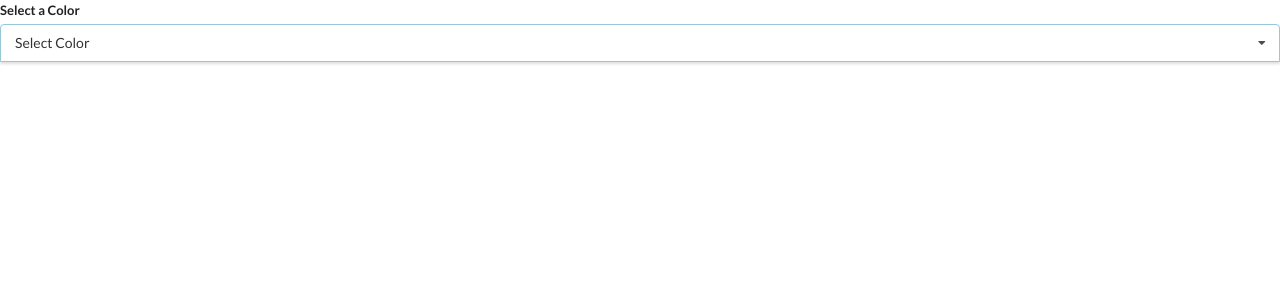
Repository: DaveBaulch/react-course-widgets
Page: /
These files come from the project's save history. The page is drawn as it stood at one moment and after a run of saves; the edit follows.
The browser window is 1280 px wide. The pictures show the whole page.
The project was rebuilt for these pictures with package versions that can differ from the ones it lists, and the page was loaded fresh each time.

Above is the page before, as saved 2020-12-06 13:54:37.

### src/App.js
import React from 'react';
// import Accordion from './components/Accordion';
// import Search from './components/Search';
import Dropdown from './components/Dropdown';

// const items = [
//   {
//     title: 'What is React?',
//     content: 'React is a front end javascript framework'
//   },
//   {
//     title: 'Why use React?',
//     content: 'React is favorite JS library among engineers'
//   },
//   {
//     title: 'How do you use React?',
//     content: 'You use React by creating components'
//   }
// ];

const options = [
  {
    label: 'The color red',
    value: 'red'
  },
  {
    label: 'The color green',
    value: 'green'
  },
  {
    label: 'A shade of blue',
    value: 'blue'
  }
];

export default () => {
  return (
    <div>
      {/*{<Accordion items={items} />
      <Search />*/}
      <Dropdown options={options} />
    </div>
  );
};

### src/components/Dropdown.js
import React, { useState } from 'react';

const Dropdown = ({ options }) => {
  const [selectedItem, setSelectedItem] = useState(null);

  const renderedOptions = options.map((option) => {
    return (
      <div key={option.value} className="item">
        {option.label}
      </div>
    );
  });

  return (
    <div className="ui form">
      <div className="field">
        <label className="label">Select a Color</label>
        <div className="ui selection dropdown visible active">
          <i className="dropdown icon"></i>
          <div className="text">Select Color</div>
        </div>
      </div>
    </div>
  );
};

export default Dropdown;

Loaded but not shown: public/index.html (common file); src/index.js (common file)

After the next 6 saves:
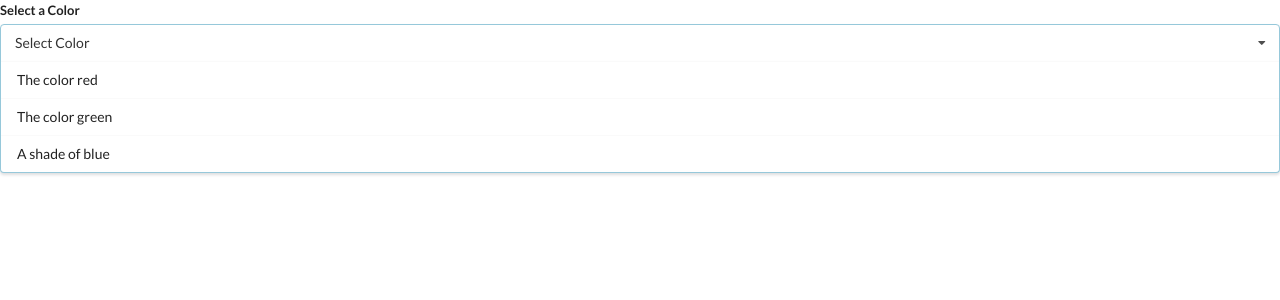
The 6 saves are shown as one change because 1 did not build or start and some came seconds apart.
The last was saved 21 s later.
--- a/src/components/Dropdown.js
+++ b/src/components/Dropdown.js
@@ -18,6 +18,7 @@ const Dropdown = ({ options }) => {
         <div className="ui selection dropdown visible active">
           <i className="dropdown icon"></i>
           <div className="text">Select Color</div>
+          <div className="menu visible transition">{renderedOptions}</div>
         </div>
       </div>
     </div>
